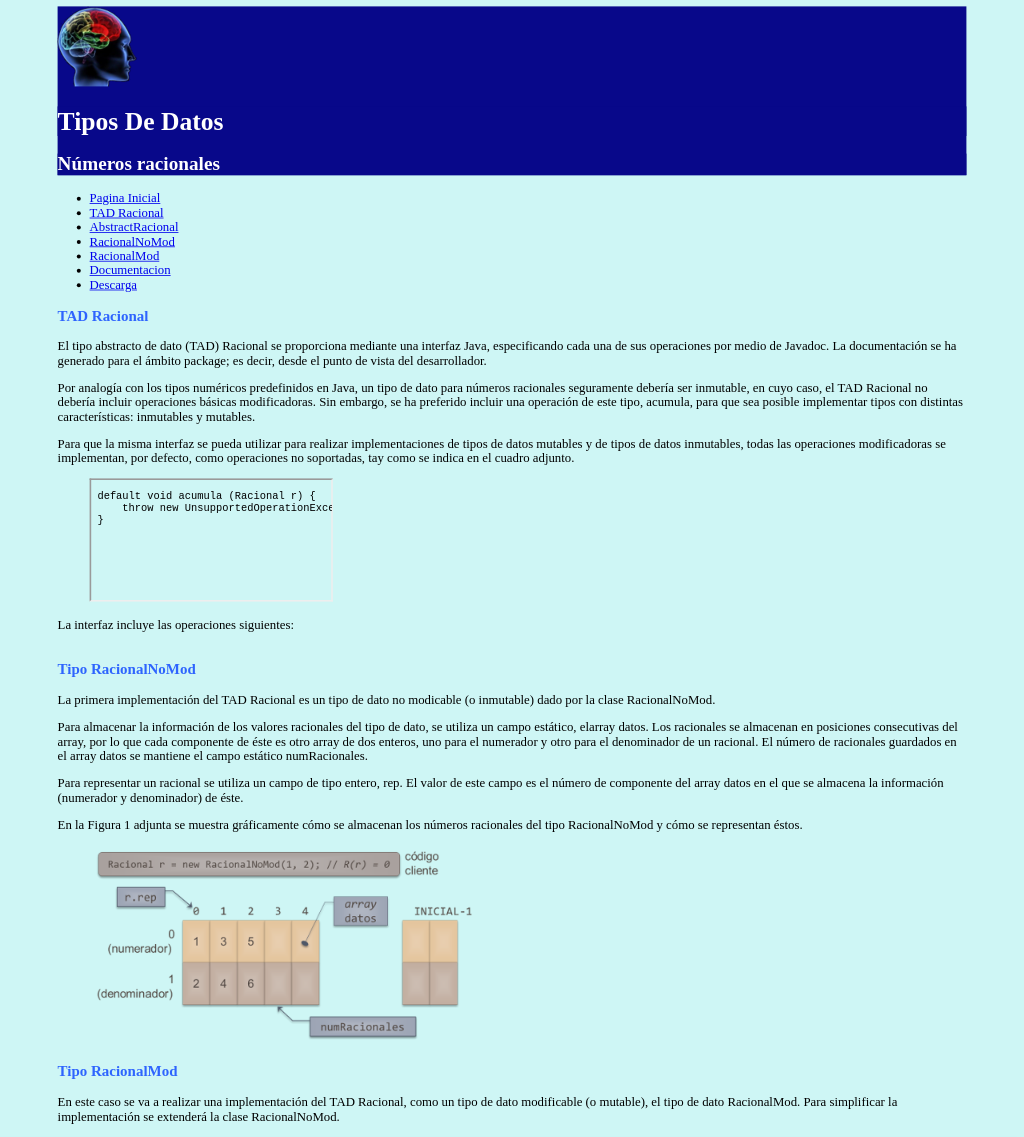
Repository: dgsama/Curso17
Page: SEW/WorkSpace/Practica02/html/index.html
An editor plug-in stored every save of this project. The page is shown before and after the next save, followed by the edit.
The browser window is 1280 px wide. The pictures show the whole page, at 80% of full size.

Above is the page before, as saved 2016-10-05 10:42:11.

### SEW/WorkSpace/Practica02/html/index.html
<!DOCTYPE html>
<html lang="es">
<head>
<meta http-equiv="Content-Type" content="text/html; charset=utf8">
<link rel="stylesheet" type="text/css" href="css/estDatos.css">

<title>Tipo de Datos</title>
</head>
<body>
    <header>
        <img src="..\logo.png"> </img>
        <h1>Tipos De Datos</h1>
        <h2>Números racionales</h2>
    </header>

    <nav>
        <ul>
            <li><a href="index.html">Pagina Inicial</a></li>
            <li><a href="Racional.html">TAD Racional</a></li>
            <li><a href="AbstractRacional.html">AbstractRacional</a></li>
            <li><a href="RacionalNoMod.html">RacionalNoMod</a></li>
            <li><a href="RacionalMod.html">RacionalMod</a></li>
            <li><a href="Documentacion.html">Documentacion</a></li>
            <li><a href="Racionales.zip">Descarga</a></li>
        </ul>
    </nav>

    <section>
        <h3>TAD Racional</h3>
        <p>El tipo abstracto de dato (TAD) Racional se proporciona
            mediante una interfaz Java, especificando cada una de sus
            operaciones por medio de Javadoc. La documentación se ha
            generado para el ámbito package; es decir, desde el punto de
            vista del desarrollador.</p>
        <p>Por analogía con los tipos numéricos predefinidos en
            Java, un tipo de dato para números racionales seguramente
            debería ser inmutable, en cuyo caso, el TAD Racional no
            debería incluir operaciones básicas modificadoras. Sin
            embargo, se ha preferido incluir una operación de este tipo,
            acumula, para que sea posible implementar tipos con
            distintas características: inmutables y mutables.</p>
        <P>Para que la misma interfaz se pueda utilizar para
            realizar implementaciones de tipos de datos mutables y de
            tipos de datos inmutables, todas las operaciones
            modificadoras se implementan, por defecto, como operaciones
            no soportadas, tay como se indica en el cuadro adjunto.</p>

        <figure>
            <iframe src="..\noSoportado.html"> </iframe>
        </figure>

        <p>La interfaz incluye las operaciones siguientes:</p>
        <figure>
            <table>
            </table>
        </figure>

        <h3>Tipo RacionalNoMod</h3>
        <p>La primera implementación del TAD Racional es un tipo de
            dato no modicable (o inmutable) dado por la clase
            RacionalNoMod.</p>
        <p>Para almacenar la información de los valores racionales
            del tipo de dato, se utiliza un campo estático, elarray
            datos. Los racionales se almacenan en posiciones
            consecutivas del array, por lo que cada componente de éste
            es otro array de dos enteros, uno para el numerador y otro
            para el denominador de un racional. El número de racionales
            guardados en el array datos se mantiene el campo estático
            numRacionales.</p>
        <p>Para representar un racional se utiliza un campo de tipo
            entero, rep. El valor de este campo es el número de
            componente del array datos en el que se almacena la
            información (numerador y denominador) de éste.</p>
        <p>En la Figura 1 adjunta se muestra gráficamente cómo se
            almacenan los números racionales del tipo RacionalNoMod y
            cómo se representan éstos.</p>
        <figure>
            <img src="..\areaDatos.png">
        </figure>

        <h3>Tipo RacionalMod</h3>
        <p>En este caso se va a realizar una implementación del TAD
            Racional, como un tipo de dato modificable (o mutable), el
            tipo de dato RacionalMod. Para simplificar la implementación
            se extenderá la clase RacionalNoMod.</p>
    </section>


</body>

</html>

### SEW/WorkSpace/Practica02/html/css/estDatos.css
@charset "UTF-8";

#code iframe {
    width: 100%;
    height: 650px;
}

html {
    width:90%;
    margin: auto;
    background-color: #CEF6F5;
}

header {
    background-color: #08088A;
}

h1 {
    color: white;
    background-color: #08088A;
}

h2 {
    color: white;
    background-color: #08088A;
}

h3 {
    color: #2E64FE;
}

### SEW/WorkSpace/Practica02/noSoportado.html
<!DOCTYPE html>
<html xmlns="http://www.w3.org/1999/xhtml" lang="es" xml:lang="es">
<head>
<meta charset="UTF-8"/>
<title>Operación no soportada</title>
</head>
<body>
    <pre><code class="source" lang="en"
    xml:lang="en">default void acumula (Racional r) {
    throw new UnsupportedOperationException();
}</code></pre>
</body>
</html>

After the next save:
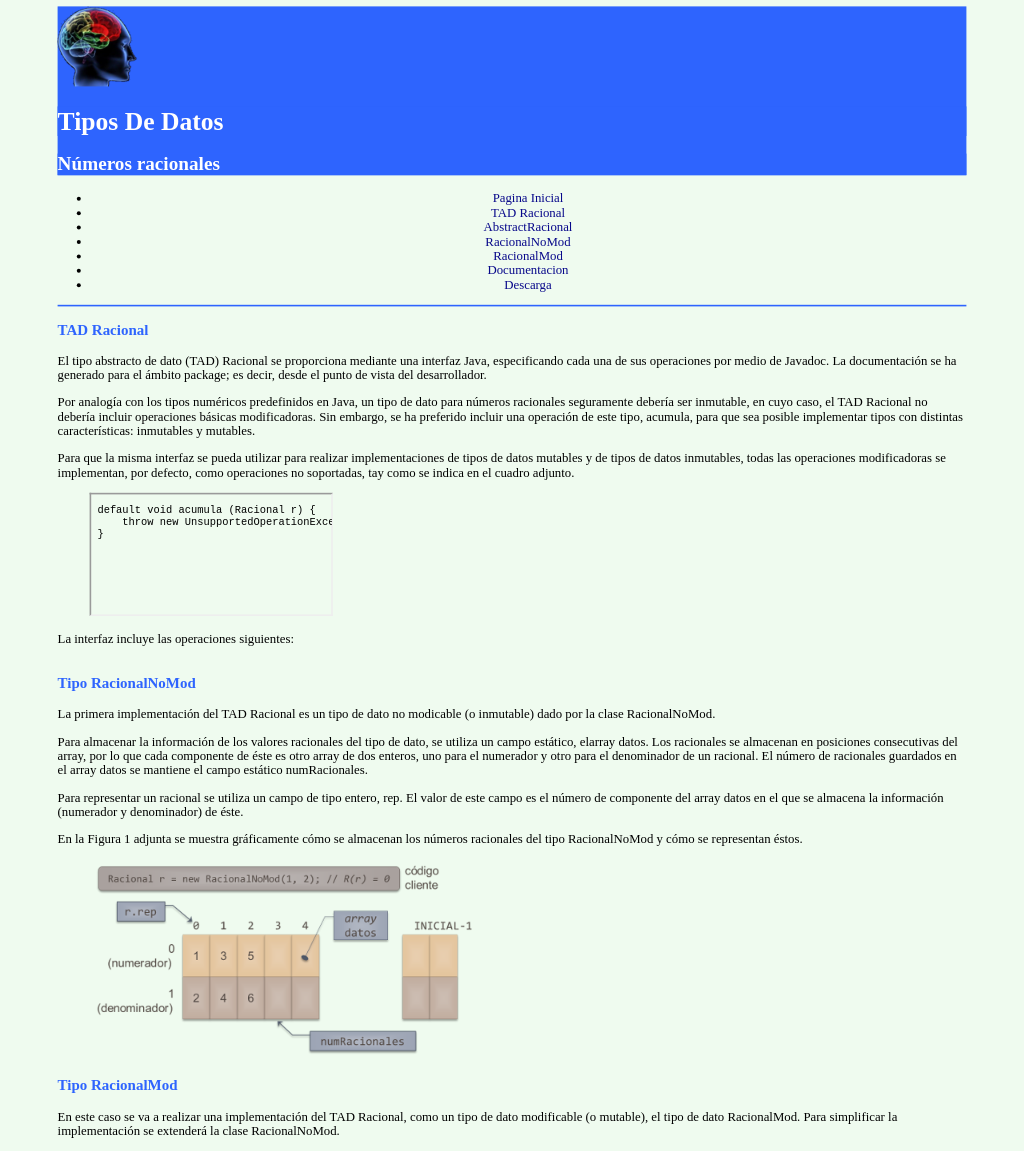
Saved 24 s later.
--- a/SEW/WorkSpace/Practica02/html/css/estDatos.css
+++ b/SEW/WorkSpace/Practica02/html/css/estDatos.css
@@ -6,25 +6,45 @@
 }
 
 html {
-    width:90%;
+    width: 90%;
     margin: auto;
-    background-color: #CEF6F5;
+    background-color: #EFFBEF;
 }
 
 header {
-    background-color: #08088A;
+    background-color: #2E64FE;
 }
 
 h1 {
     color: white;
-    background-color: #08088A;
+    background-color: #2E64FE;
 }
 
 h2 {
     color: white;
-    background-color: #08088A;
+    background-color: #2E64FE;
 }
 
 h3 {
     color: #2E64FE;
 }
+
+ul {
+    text-align: center;
+}
+
+a {
+    color: #08088A;
+    text-decoration: none;
+}
+
+a:hover {
+    background: #0B0B61;
+    color: #E6E6E6;
+}
+
+nav{
+    border-bottom: solid 2px;
+    border-color: #2E64FE;
+}
+}
